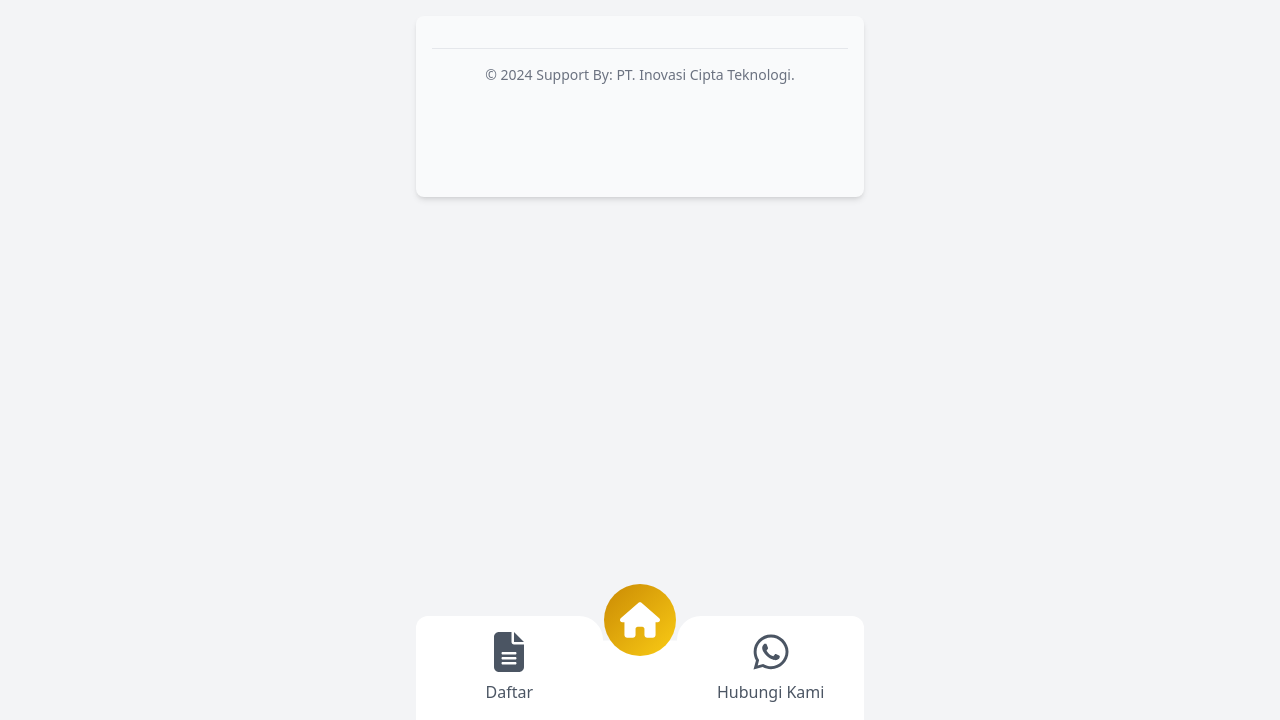
Repository: tsabitgholib/fo_psb
Page: http://localhost/
An editor plug-in stored every save of this project. The page is shown before and after the next save, followed by the edit.
The browser window is 1280 px wide. The pictures show the whole page.
Some web libraries are served in a nearby version. The page is served by the project's Laravel application, run on PHP 8.4 with Laravel 10. Queries for data that is not in the repository find no rows.

Above is the page before, as saved 2025-02-01 22:33:45.

After the next save:
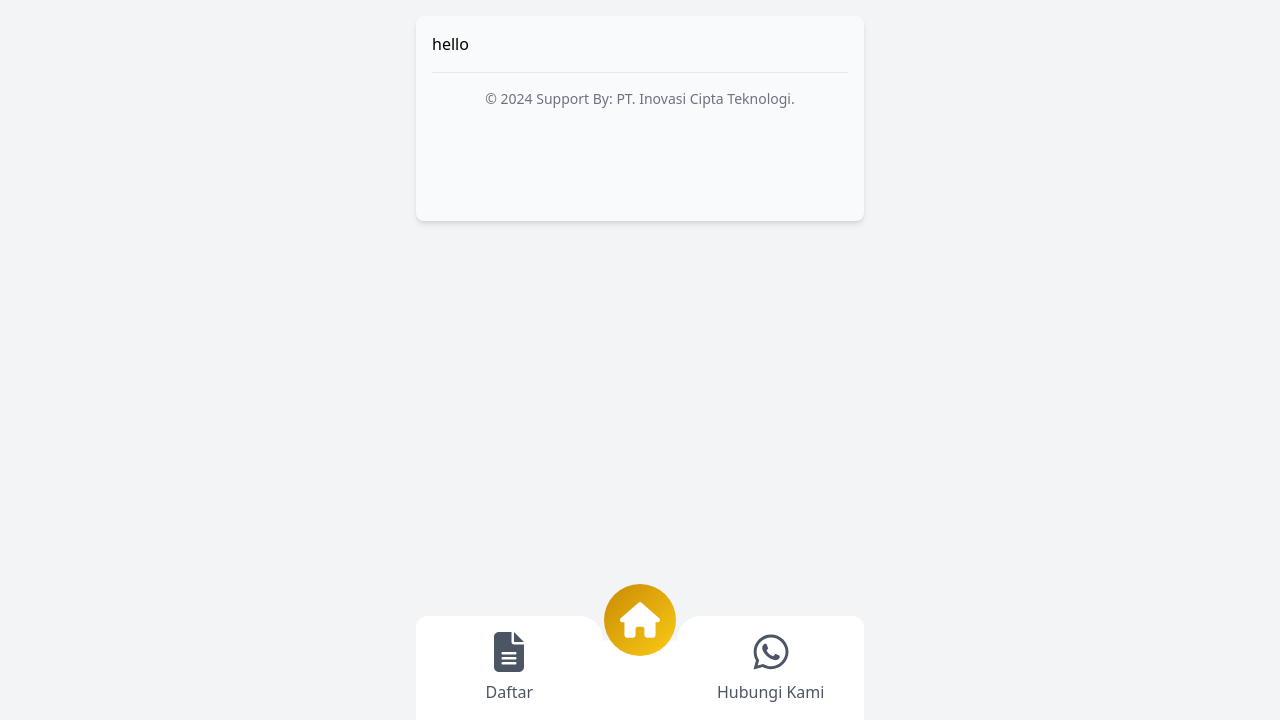
Saved 11 s later.
--- a/resources/views/media.blade.php
+++ b/resources/views/media.blade.php
@@ -10,6 +10,7 @@
 
 <body class="bg-gray-100 flex justify-center items-start min-h-screen pt-4">
     <div class="w-full sm:max-w-md bg-gray-50 shadow-md rounded-lg min-h-s vcreen p-4 pb-28">
+        <div><div></div><div>hello</div></div>
         <!-- Title -->
         {{-- <h2 class="text-xl font-bold text-center text-gray-800 mb-4">Media Gallery</h2> --}}
 

After the 4 saves that followed:
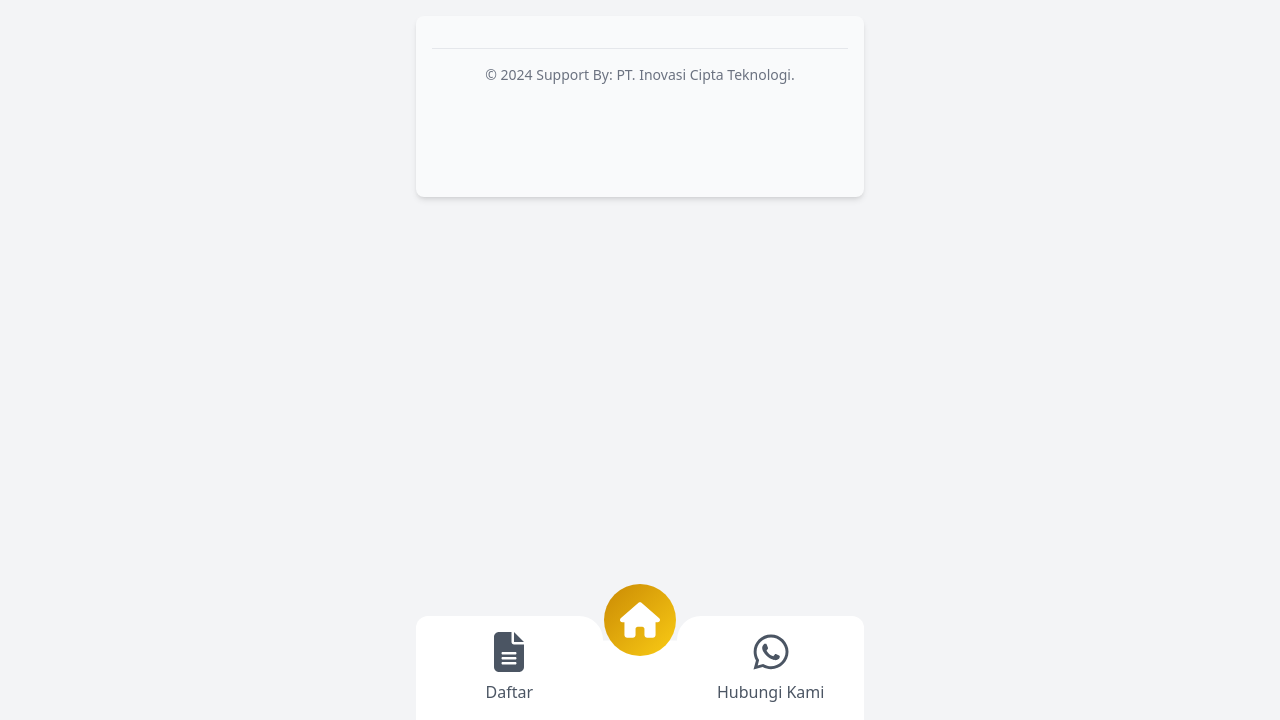
The 4 saves are shown as one change because 2 left the picture as it was and some came seconds apart.
The last was saved 6 min 41 s later.
--- a/resources/views/media.blade.php
+++ b/resources/views/media.blade.php
@@ -10,7 +10,6 @@
 
 <body class="bg-gray-100 flex justify-center items-start min-h-screen pt-4">
     <div class="w-full sm:max-w-md bg-gray-50 shadow-md rounded-lg min-h-s vcreen p-4 pb-28">
-        <div><div></div><div>hello</div></div>
         <!-- Title -->
         {{-- <h2 class="text-xl font-bold text-center text-gray-800 mb-4">Media Gallery</h2> --}}
 
